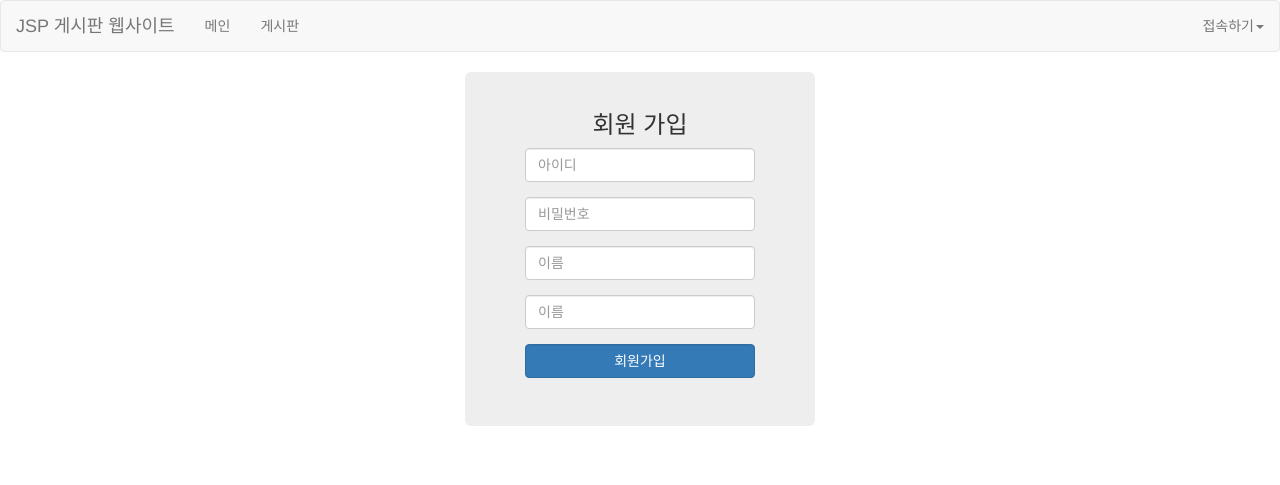
Repository: dofd6220/JSP-
Page: http://localhost/BBS/join.jsp
The author's editor kept a copy of each file at every save. The page is drawn from the files as they stood at one save, then again after the next save.
The browser window is 1280 px wide. The pictures show the whole page.
Some web libraries are served in a nearby version. The page is served by Tomcat 9.

Above is the page before, as saved 2023-11-18 13:25:32.

After the next save:
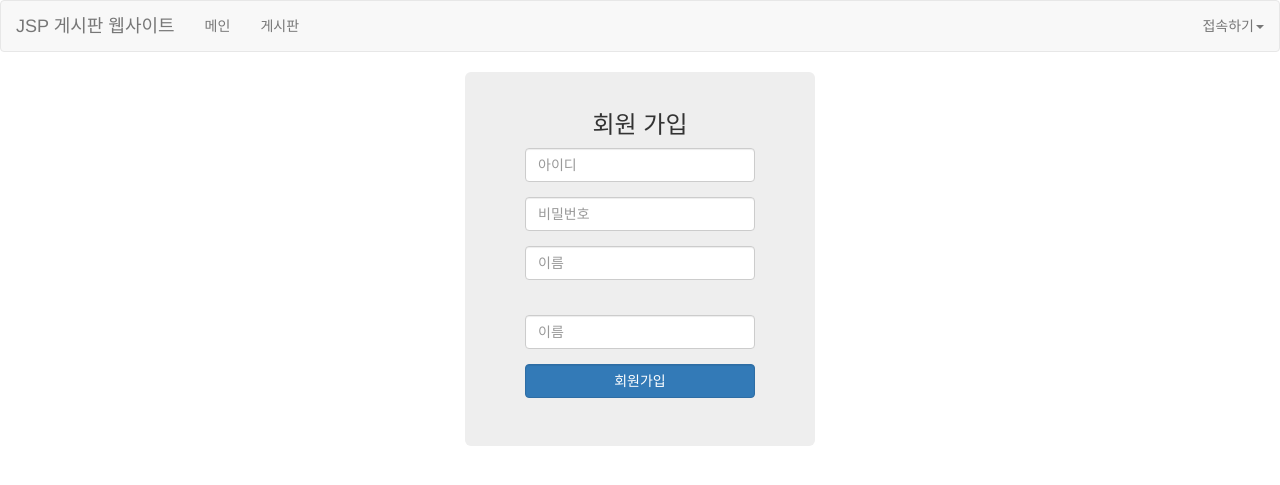
Saved 23 s later.
--- a/BBS/src/main/webapp/join.jsp
+++ b/BBS/src/main/webapp/join.jsp
@@ -56,6 +56,7 @@
 							<input type="text" class="form-control" placeholder="이름" name="userName" maxlength="20">
 						</div>
 						<div class="form-group" style="text-align: center;">
+							<div class ="btn-group" data-toggle="buttons"></div>
 							<input type="text" class="form-control" placeholder="이름" name="userName" maxlength="20">
 						</div>
 						<input type="submit" class="btn btn-primary form-control" value="회원가입">
